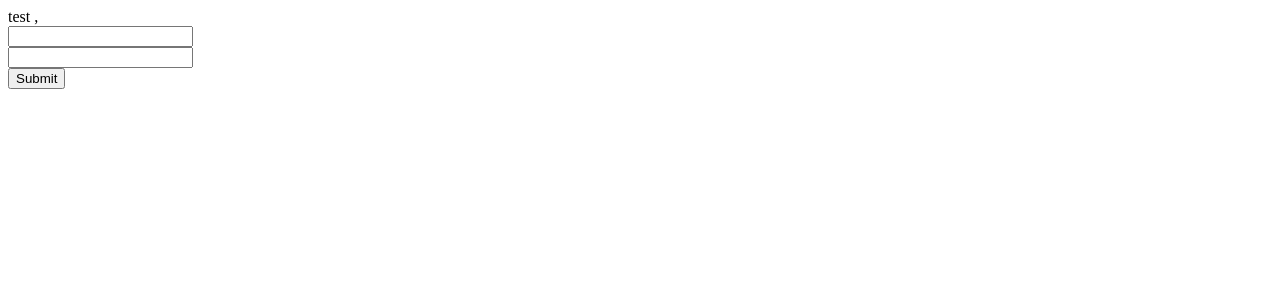
Repository: phileasFoggy22/PokeAPIAssessment
Page: http://localhost/pokeapi-pokemon/pages/Home.jsp
An editor plug-in stored every save of this project. The page is shown before and after the next save, followed by the edit.
The browser window is 1280 px wide. The pictures show the whole page.
The page is served by Tomcat 9. Other server files are loaded and not shown.

Above is the page before, as saved 2019-08-12 11:08:43.

### pokeapi-pokemon/src/main/webapp/pages/Home.jsp
<%@ page language="java" contentType="text/html; charset=ISO-8859-1"
    pageEncoding="ISO-8859-1"%>
<!DOCTYPE html>
<html>
<head>
<meta charset="ISO-8859-1">
<title>Insert title here</title>
</head>
<body>
test ${member.memberNumber},${member.memberName}

<form action="addUser">
<input type="text" name="memberName"><br>
<input type="text" name="memberNumber"><br>
<input type="submit">
</form>

</body>
</html>

After the next save:
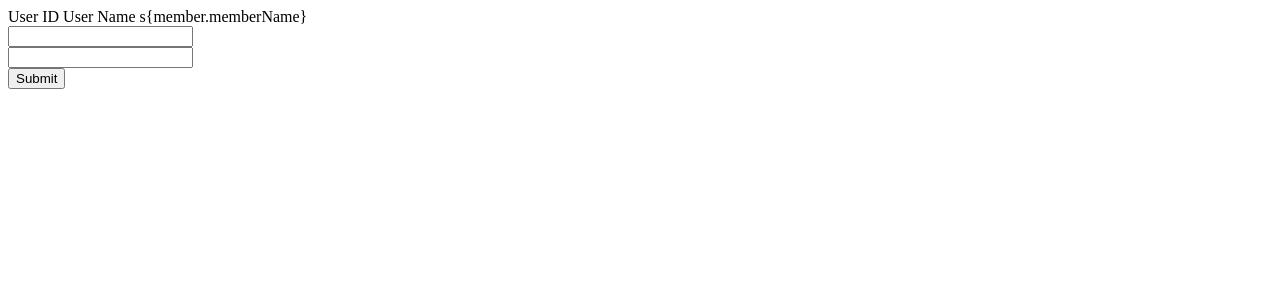
Saved 7 s later.
--- a/pokeapi-pokemon/src/main/webapp/pages/Home.jsp
+++ b/pokeapi-pokemon/src/main/webapp/pages/Home.jsp
@@ -7,7 +7,8 @@
 <title>Insert title here</title>
 </head>
 <body>
-test ${member.memberNumber},${member.memberName}
+User ID ${member.memberNumber}
+User Name s{member.memberName}
 
 <form action="addUser">
 <input type="text" name="memberName"><br>
